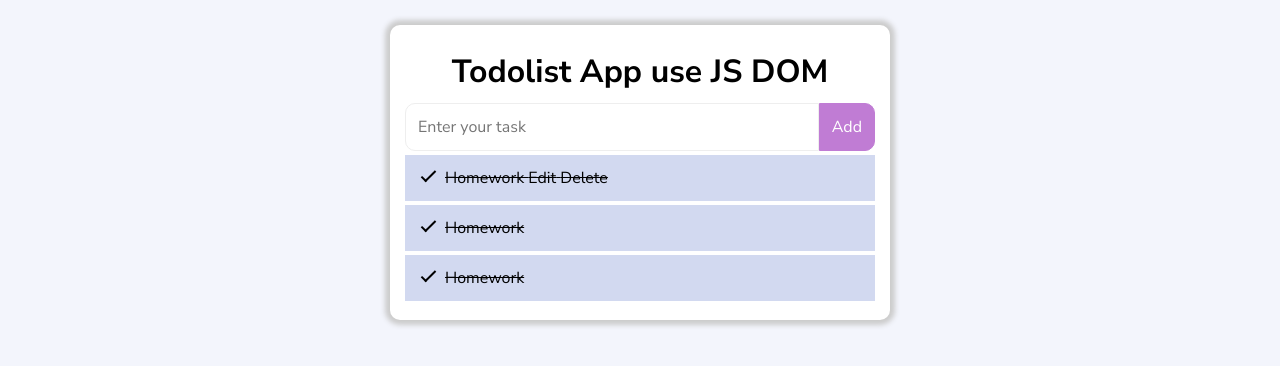
Repository: anhquan74-dev/todolist_app
Page: index.html
An editor plug-in stored every save of this project. The page is shown before and after the next save, followed by the edit.
The browser window is 1280 px wide. The pictures show the whole page.
Some web libraries are served in a nearby version.

Above is the page before, as saved 2022-07-21 16:22:53.

### index.html
<!DOCTYPE html>
<html lang="en">
  <head>
    <meta charset="UTF-8" />
    <meta http-equiv="X-UA-Compatible" content="IE=edge" />
    <meta name="viewport" content="width=device-width, initial-scale=1.0" />
    <title>TodoList Web Application</title>
    <link rel="stylesheet" href="style.css" />
    <link
      rel="stylesheet"
      href="https://cdnjs.cloudflare.com/ajax/libs/font-awesome/6.1.1/css/all.min.css"
      integrity="sha512-KfkfwYDsLkIlwQp6LFnl8zNdLGxu9YAA1QvwINks4PhcElQSvqcyVLLD9aMhXd13uQjoXtEKNosOWaZqXgel0g=="
      crossorigin="anonymous"
      referrerpolicy="no-referrer"
    />
  </head>
  <body>
    <div class="todo-app">
      <h1>Todolist App use JS DOM</h1>
      <div class="form-control">
        <input id="input-text" type="text" placeholder="Enter your task" />
        <button class="add-btn">Add</button>
      </div>
      <ul id="list-item">
        <li class="item checked">
          Homework
          <a class="close-btn">Edit</a>
          <a class="close-btn">Delete</a>
        </li>
        <li class="item checked">
          Homework
          <span class="close-btn"><i class="fa-solid fa-pen-to-square"></i></i></span>
          <span class="close-btn"><i class="fa-solid fa-trash-can"></i></span>
        </li>
        <li class="item checked">
          Homework
          <span class="close-btn"><i class="fa-solid fa-pen-to-square"></i></i></span>
          <span class="close-btn"><i class="fa-solid fa-trash-can"></i></span>
        </li>
      </ul>
    </div>
    <script src="main.js"></script>
  </body>
</html>

### style.css
@import url('https://fonts.googleapis.com/css2?family=Nunito+Sans:ital,wght@0,300;0,400;0,600;0,700;0,800;0,900;1,300;1,400;1,600;1,700;1,800;1,900&display=swap');

*, *::after, *::before {
    margin: 0;
    padding: 0;
    box-sizing: border-box;
}
button, input,
body {
    font-family: 'Nunito Sans', sans-serif;
    background-color: #f3f5fc;
}

input {
    background-color: white;
}

.todo-app {
    background-color: white;
    max-width: 500px;
    margin: 25px auto;
    border-radius: 10px;
    padding: 15px;
    box-shadow: 0px 0px 5px 5px #ccc;
}

h1 {
    text-align: center;
    margin: 10px;
}

.form-control {
    display: flex;
    align-items: center;
}

#input-text {
    font-size: 16px;
    padding: 12px;
    width: 100%;
    outline: none;
    border: 1px solid #eee;
    border-radius: 10px 0px 0px 10px;
}

.add-btn {
    font-size: 16px;
    padding: 12px;
    outline: none;
    border: 1px solid #c07cd4;
    border-radius: 0px 10px 10px 0px;
    cursor: pointer;
    background-color: #c07cd4;
    color: white;
}

.add-btn:hover {
    background-color: #a13bc0;
    border: 1px solid #a13bc0;
}

.list-item {
    list-style-type:none;
    margin-top: 20px;
}

.item {
    padding: 12px 12px 12px 40px;
    background-color: #f3f5fc;
    margin:4px 0;
    position: relative;
    overflow: hidden;
    cursor: pointer;
}

.item span {
    padding: 12px 16px;
    color: white;
    display: block;
    background-color: #fa383e;
    position: absolute;
    top: 0;
    left: 100%;
    opacity: 1;
    transition: all 0.2s ease-in-out;
    cursor: pointer;
}

.item:hover  span{
    opacity: 1;
    transform: translateX(-100%);
}

.item span:hover {
    background-color: rgba(216, 29, 29, 0.795);
}

li.checked {
    background-color: #d2d9f0;
    text-decoration: line-through;
}

ul li.checked::before {
    content: '';
    position: absolute;
    border-color: black;
    border-style: solid;
    border-width: 0 2px 2px 0;
    top: 12px;
    left: 20px;
    transform: rotate(45deg);
    height: 15px;
    width: 7px;
  }

### main.js
var list = document.querySelector("ul");
list.addEventListener("click", function (ev) {
  if (ev.target.nodeName === "LI") {
    ev.target.classList.toggle("checked");
  }
});

var close = document.getElementsByClassName("close-btn");
var i;
for (i = 0; i < close.length; i++) {
  close[i].onclick = function () {
    var div = this.parentElement;
    div.style.display = "none";
  };
}
//
function newElement() {
  var li = document.createElement("li");
  var inputValue = document.getElementById("input-text").value;
  var t = document.createTextNode(inputValue);
  li.appendChild(t);
  li.className = "item";
  if (inputValue === "") {
    alert("You must write something!");
  } else {
    document.getElementById("list-item").appendChild(li);
  }
  document.getElementById("input-text").value = "";

  var span = document.createElement("SPAN");
  span.className = "close-btn";
  span.innerHTML = '<i class="fa-solid fa-trash-can">';
  li.appendChild(span);

  for (i = 0; i < close.length; i++) {
    close[i].onclick = function () {
      var div = this.parentElement;
      div.style.display = "none";
    };
  }
}

After the next save:
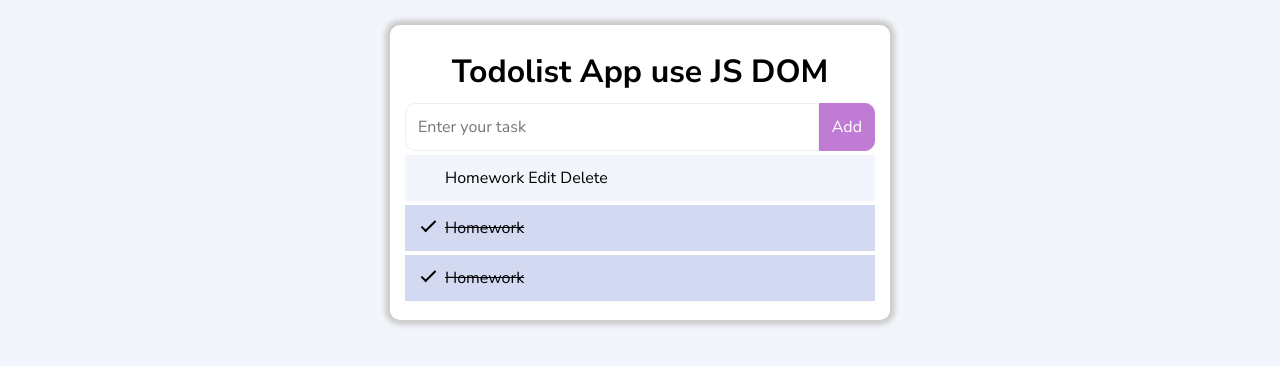
Saved 11 s later.
--- a/index.html
+++ b/index.html
@@ -22,7 +22,7 @@
         <button class="add-btn">Add</button>
       </div>
       <ul id="list-item">
-        <li class="item checked">
+        <li class="item">
           Homework
           <a class="close-btn">Edit</a>
           <a class="close-btn">Delete</a>
